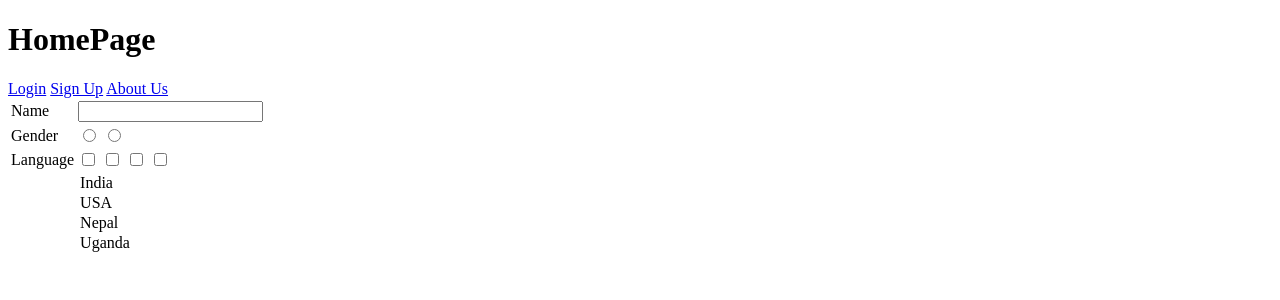
Repository: chirag555/Java_full_stack
Page: http://localhost/BasicMVC/Index.jsp
These files come from the project's save history. The page is drawn as it stood at one moment and after a run of saves; the edit follows.
The browser window is 1280 px wide. The pictures show the whole page.
The page is served by Tomcat 9.

Above is the page before, as saved 2020-02-13 07:42:21.

After the next 2 saves:
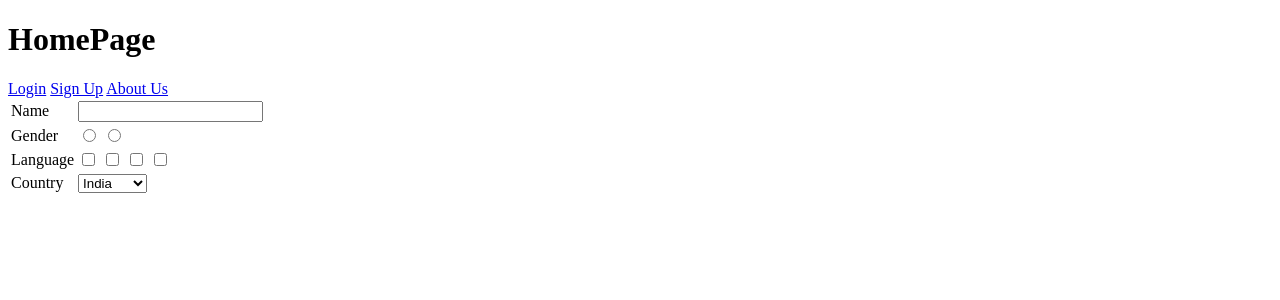
The 2 saves are shown as one change because they came seconds apart.
The last was saved 26 s later.
--- a/BasicMVC/WebContent/Index.jsp
+++ b/BasicMVC/WebContent/Index.jsp
@@ -29,9 +29,8 @@ Language</td><td><input type=checkbox name=language value=English>
 				<input type=checkbox name=language value=Punjabi>
 </td>
 <tr>
-<td
-Country<select name=country></td>
 <td>
+Country</td><td><select name=country>
 <option value=india>India</option>
 <option value=usa>USA</option>
 <option value=nepal>Nepal</option>
